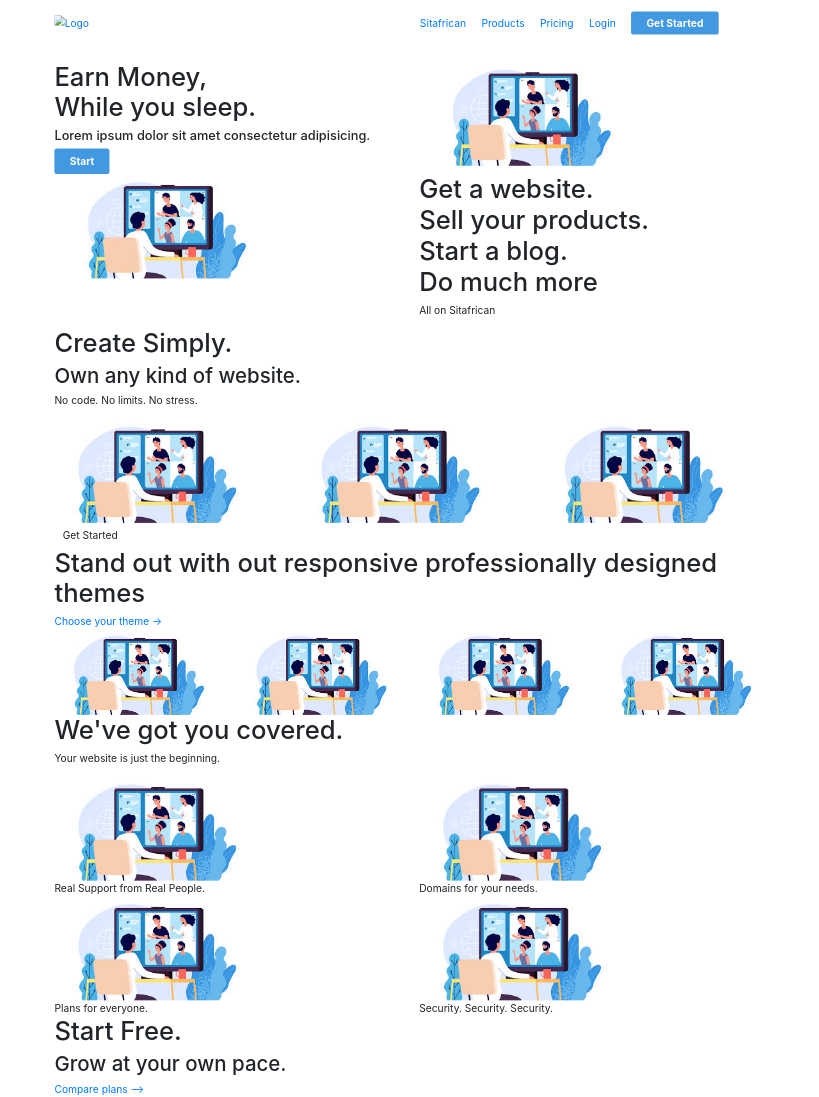
Repository: latenightsnacc/Static-Web-Projects
Page: Sitadel/index.html
These files come from the project's save history. The page is drawn as it stood at one moment and after the next save; the edit follows.
The browser window is 1280 px wide. The pictures show the whole page, at 64% of full size.
The style sheet was rebuilt from its Sass, Less or Tailwind sources for each picture, by a compiler version that may differ from the author's.

Above is the page before, as saved 2020-11-09 13:40:33.

After the next save:
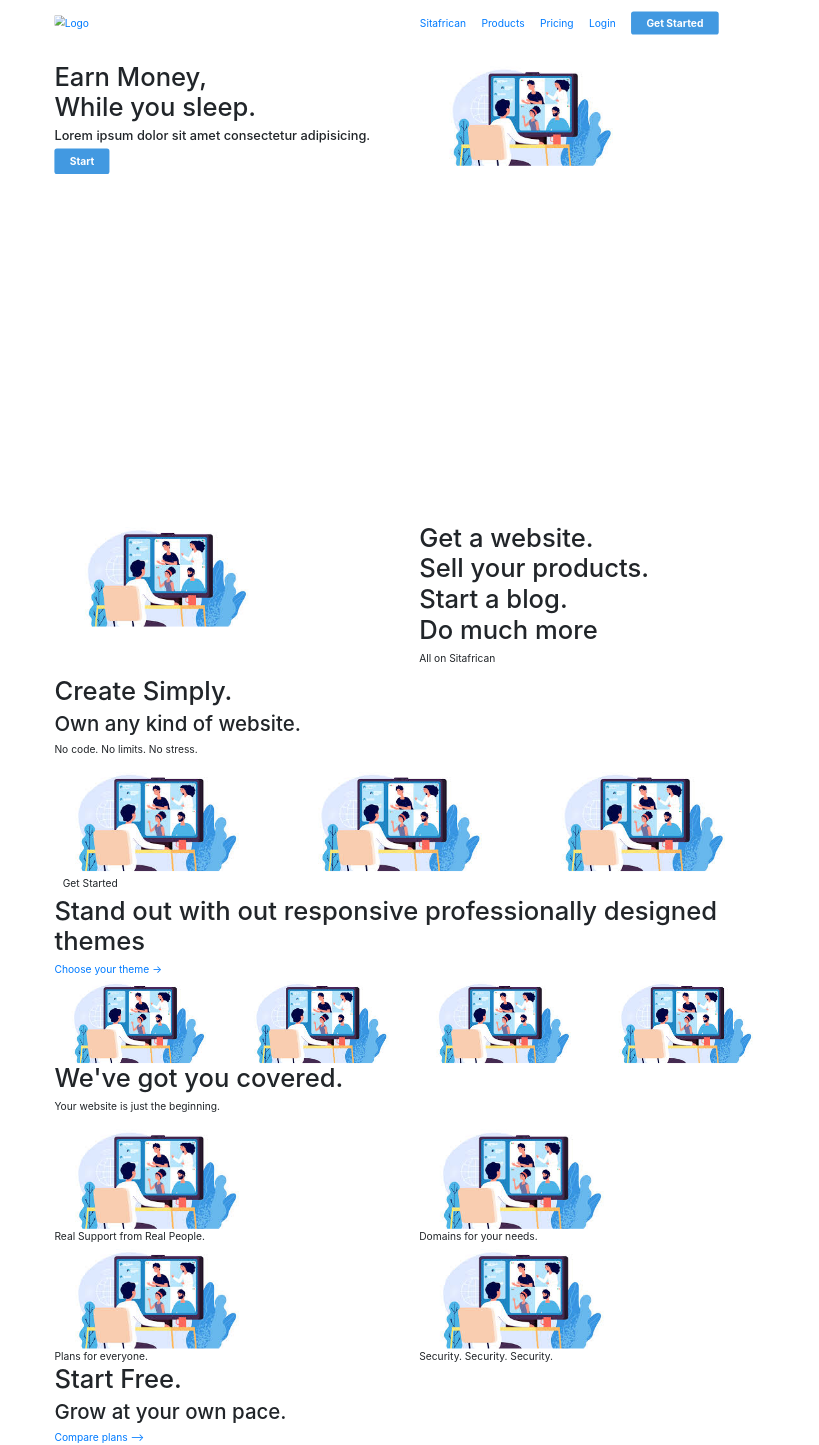
Saved 13 s later.
--- a/Sitadel/index.html
+++ b/Sitadel/index.html
@@ -49,7 +49,7 @@
     </div>
 
     <!--Banner Section-->
-    <section id="banner">
+    <section id="banner" class="min-h-screen">
         <div class="container">
             <div class="row">
                 <!--Banner Text-->
